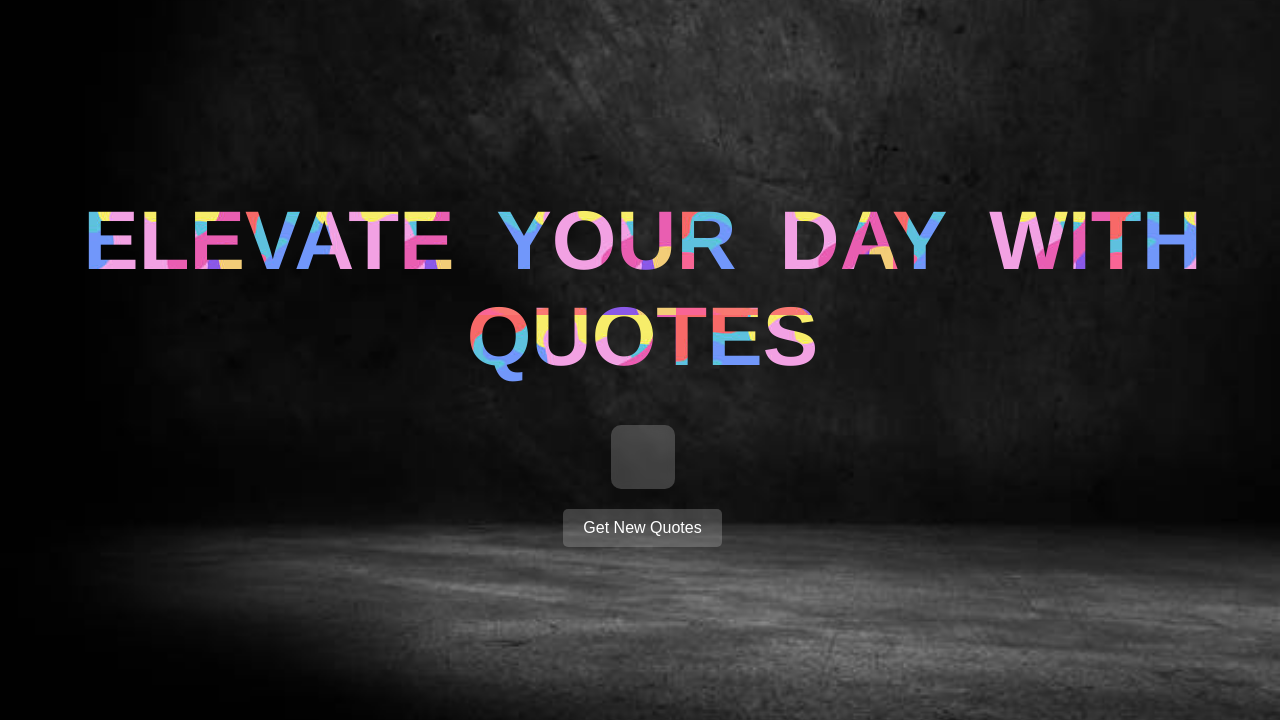
Repository: Bhavik-Sanghar/Quote-app
Page: /
The author's editor kept a copy of each file at every save. The page is drawn from the files as they stood at one save, then again after the next save.
The browser window is 1280 px wide. The pictures show the whole page.
The pointer rests on the first visible `.quote-container h1`.
The page's requests for data from a server got no answer. The project was rebuilt for these pictures with package versions that can differ from the ones it lists, and the page was loaded fresh each time. No one was signed in, and anything a server would have sent is missing. Also part of the build but not shown: src/styles.css.

Above is the page before, as saved 2023-08-18 17:23:42.

### src/App.js
import React from 'react';
import './styles.css';
import QuoteComponent from './components/NewQuote'

function App() {
  return (
    <div className="App">

      <QuoteComponent/>


    </div>
  );
}

export default App;

### src/components/NewQuote.js
import React, { useEffect, useState } from "react";
import axios from "axios";
import './New.css'

const QuoteComponent = () => {
  const [quotes, setQuotes] = useState([]);
  const category = "inspirational";
  const apiKey = "EgtS4gqLsbjvHM2bBjKwBA==PYmsGLFQFXQzq0Na";

  useEffect(() => {
    fetchQuotes();
  }, []);

  const fetchQuotes = async () => {
    try {
      const response = await axios.get(
        `https://api.api-ninjas.com/v1/quotes?category=${category}&limit=1`, // Fetching 5 quotes
        {
          headers: { "X-Api-Key": apiKey },
        }
      );
      setQuotes(response.data);
    } catch (error) {
      console.error("Error: ", error);
    }
  };

  const handleFetchNewQuotes = () => {
    setQuotes([]); // Clear previous quotes immediately
    fetchQuotes();
  };

  return (
    <div className="quote-container">
      <h1>Elevate Your Day with Quotes</h1>
      <div className="card-container">
        {quotes.map((quote, index) => (
          <div key={index} className="card">
            <p className="quote-text">{quote.quote}</p>
            <p className="author">- {quote.author}</p>
          </div>
        ))}
      </div>
      <button className="fetch-button" onClick={handleFetchNewQuotes}>
        Get New Quotes
      </button>
    </div>
  );
};

export default QuoteComponent;

### src/components/New.css
.quote-container {
  padding: auto;
  padding-left: 5px;
  display: flex;
  flex-direction: column;
  justify-content: center;
  align-items: center;
  min-height: 100vh;
  background-image: url(./bg2.jpg);
  background-size: cover;
  background-repeat: no-repeat;
  background-position: center; /* Prevent the background from repeating */ /* Center the background image */
  color: white;
  position: relative; /* Required for positioning pseudo-element */
  overflow: hidden; /* Hide overflowing pseudo-element content */
}

.quote-container h1 {
  z-index: 2;
  margin: 20px;
  background-image: url(./h1.jpg);
  background-repeat: repeat;
  opacity: 0;
  -webkit-background-clip: text;
  -webkit-text-fill-color: transparent;
  text-align: center;
  word-spacing: 20px;
  font-weight: bold;
  text-transform: uppercase;
  font-family: "Steelfish Rg", "helvetica neue";
  font-weight: 800;
  -webkit-font-smoothing: antialiased;
  transition: background-color 0.3s ease-in-out;
  animation: fadeInHeading 2s ease-in-out 0.5s forwards;
}

.card:hover {
  /* Example animation - scale up on hover */
  transform: scale(1.03);
  transition: transform 0.3s ease-in-out;
}

.author:hover {
  /* Example animation - change text color on hover */
  color: #00e5ff; /* Change to your desired color */
  transition: color 0.3s ease-in-out;
}
.quote-container h1:hover {
  font-size: 5.2em;
  transition: font-size 0.3s ease-in-out;
}

.fetch-button {
  opacity: 0;
  animation: fadeInQuotes 3s ease-in-out 1s forwards;
  background-color: hsla(0, 0%, 100%, 0.2);
  border: none;
  color: white;
  cursor: pointer;
  font-size: 16px;
  padding: 10px 20px;
  border-radius: 5px;
  transition: background-color 0.3s ease-in-out;
}

.fetch-button:hover {
  background-color: rgba(255, 255, 255, 0.1);
}

.card-container {
  opacity: 0;
  z-index: 2;
  margin: 20px;
  backdrop-filter: blur(5px);
  background-color: hsla(0, 0%, 100%, 0.2);
  border-radius: 10px;
  padding: 2rem;
  font-size: larger;
  font-family: "Times New Roman", Times, serif;
  opacity: 0; /* Set initial opacity to 0 */
  animation: fadeInQuotes 3s ease-in-out 1s forwards,
    fadeInBackground 3s ease-in-out 1s forwards;
  position: relative; /* Ensure proper z-index behavior */
}

@keyframes fadeInHeading {
  from {
    opacity: 0;
    transform: translateY(-20px);
  }
  to {
    opacity: 1;
    transform: translateY(0);
  }
}

@keyframes fadeInQuotes {
  from {
    opacity: 0;
    transform: translateY(20px);
  }
  to {
    opacity: 1;
    transform: translateY(0);
  }
}

@keyframes fadeInBackground {
  from {
    opacity: 0;
  }
  to {
    opacity: 1;
  }
}

Loaded but not shown: public/index.html (common file); src/index.js (common file); src/index.css (common file); src/reportWebVitals.js (common file); public/manifest.json (common file)

After the next save:
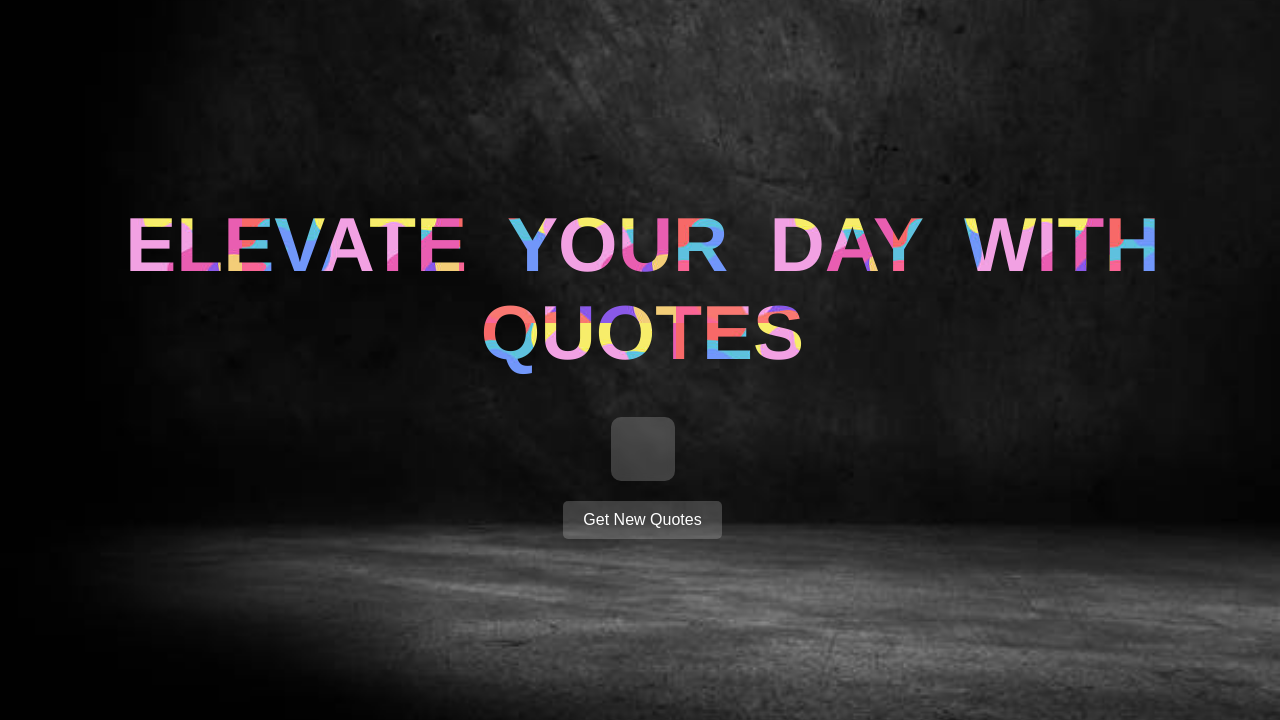
Saved 11 s later.
--- a/src/components/New.css
+++ b/src/components/New.css
@@ -47,7 +47,7 @@
 }
 .quote-container h1:hover {
   font-size: 5.2em;
-  transition: font-size 0.3s ease-in-out;
+  transition: font-size 2s ease-in-out;
 }
 
 .fetch-button {
